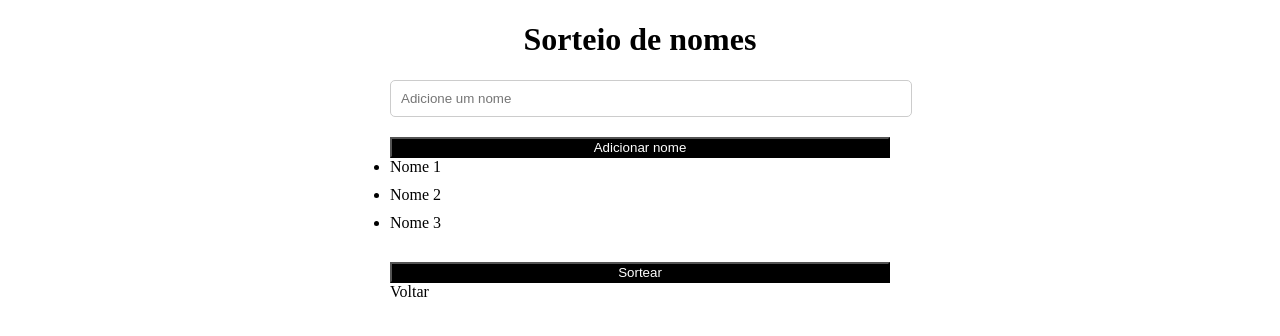
Repository: Matheus904-12/sorte
Page: sorteio-nomes.html
An editor plug-in stored every save of this project. The page is shown before and after the next save, followed by the edit.
The browser window is 1280 px wide. The pictures show the whole page.

Above is the page before, as saved 2023-09-10 11:38:35.

After the next save:
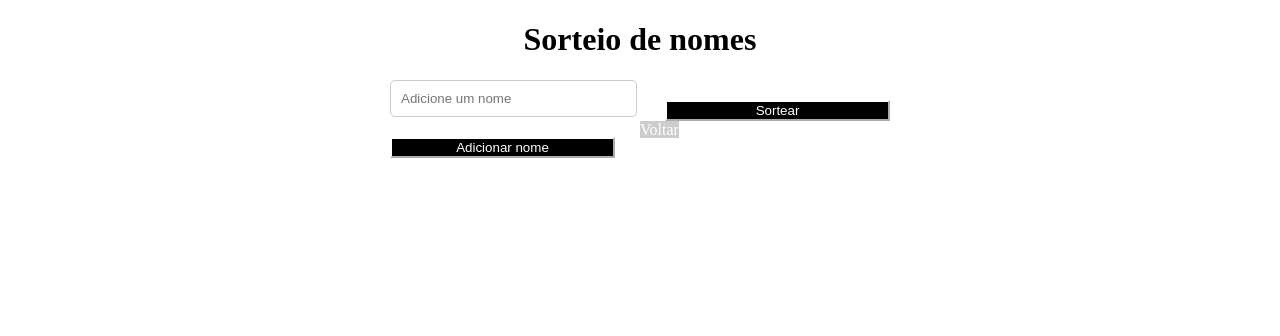
Saved 11 min 19 s later.
--- a/sorteio-nomes.html
+++ b/sorteio-nomes.html
@@ -7,16 +7,15 @@
 <body>
   <div class="container">
     <h1 class="text-center">Sorteio de nomes</h1>
-    <input type="text" id="nome" placeholder="Adicione um nome" class="form-control">
-    <button id="adicionar" class="btn btn-primary">Adicionar nome</button>
-    <ul id="nomes" class="list-group">
-      <li class="list-group-item">Nome 1</li>
-      <li class="list-group-item">Nome 2</li>
-      <li class="list-group-item">Nome 3</li>
-    </ul>
-    <button id="sortear" class="btn btn-primary">Sortear</button>
-    <div id="resultado" class="text-center"></div>
-    <a href="index.html" class="btn btn-secondary">Voltar</a>
+    <div class="box">
+      <input type="text" id="nome" placeholder="Adicione um nome" class="form-control">
+      <button id="adicionar" class="btn btn-primary">Adicionar nome</button>
+    </div>
+    <div class="results">
+      <button id="sortear" class="btn btn-primary">Sortear</button>
+      <div id="resultado" class="text-center"></div>
+    </div>
+    <a href="index.html" class="btn btn-secondary float-right">Voltar</a>
   </div>
 
   <style>
@@ -47,9 +46,21 @@
       cursor: pointer;
     }
 
+    div.box {
+      width: 45%;
+      margin-right: 5%;
+      float: left;
+    }
+
+    div.results {
+      width: 45%;
+      float: right;
+    }
+
     div.resultado {
       margin-top: 20px;
       text-align: center;
+      font-size: 1.5em;
     }
 
     a {
@@ -61,17 +72,24 @@
       text-decoration: underline;
     }
 
-    .list-group {
-      margin: 0;
-      padding: 0;
+    .btn-primary {
+      color: #fff;
+      border-color: #fff;
+      background-color: #000;
     }
 
-    .list-group-item {
-      margin-bottom: 10px;
+    .btn-primary:hover {
+      background-color: #ccc;
     }
 
-    .list-group-item:hover {
+    .btn-secondary {
+      color: #fff;
+      border-color: #fff;
       background-color: #ccc;
+    }
+
+    .btn-secondary:hover {
+      background-color: #999;
     }
   </style>
   <script>
